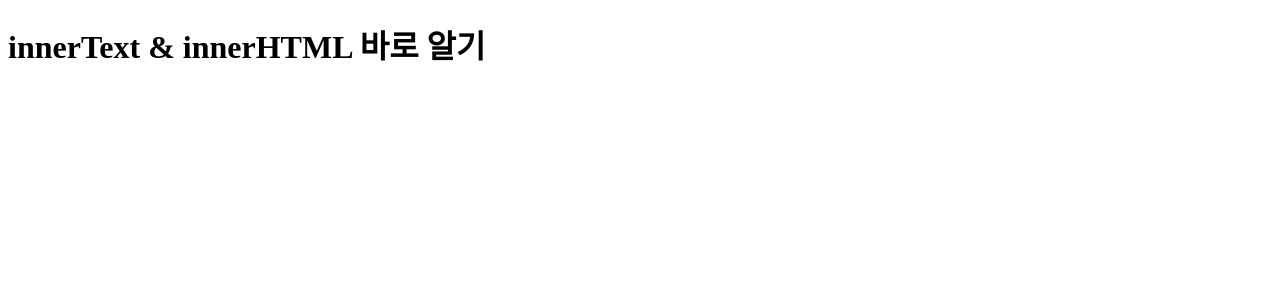
Repository: trapezer84/JSP
Page: http://localhost/Z_Test/test1.jsp
These files come from the project's save history. The page is drawn as it stood at one moment and after the next save; the edit follows.
The browser window is 1280 px wide. The pictures show the whole page.
The page is served by Tomcat 9.

Above is the page before, as saved 2016-02-05 06:14:47.

After the next save:
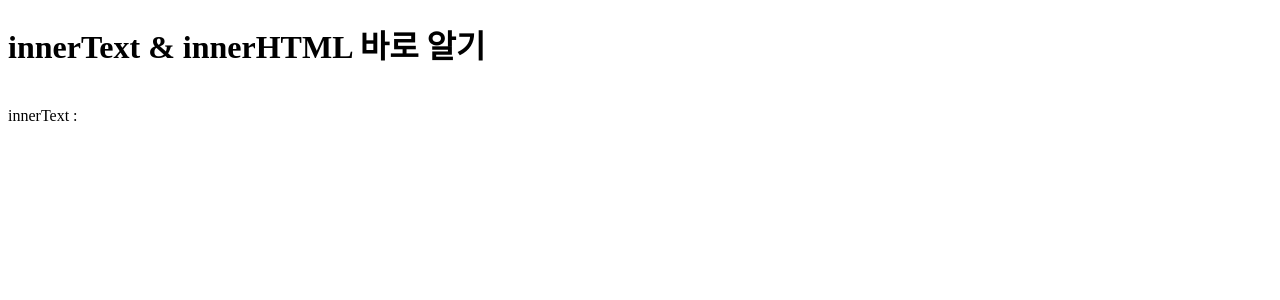
Saved 53 s later.
--- a/Z_Test/WebContent/test1.jsp
+++ b/Z_Test/WebContent/test1.jsp
@@ -12,7 +12,7 @@
 </head>
 <body>
 
-<h1>innerText & innerHTML 바로 알기</h1>
-
+<h1>innerText & innerHTML 바로 알기</h1> <br />
+<span>innerText : </span> <span id="span1"></span>
 </body>
 </html>
